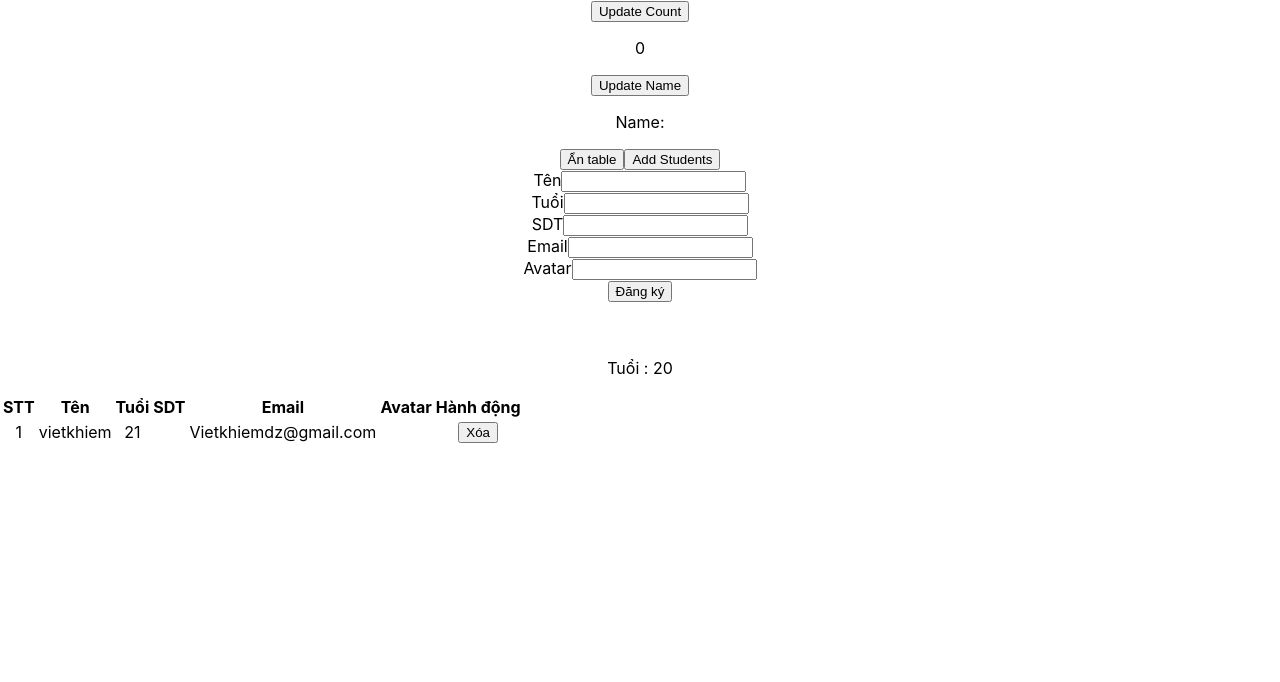
Repository: vietkhiem/TypeScript
Page: /
These files come from the project's save history. The page is drawn as it stood at one moment and after the next save; the edit follows.
The browser window is 1280 px wide. The pictures show the whole page.
Pictures or frames that could not be fetched are drawn as grey boxes. The project was rebuilt for these pictures with package versions that can differ from the ones it lists, and the page was loaded fresh each time.

Above is the page before, as saved 2022-03-18 20:21:49.

After the next save:
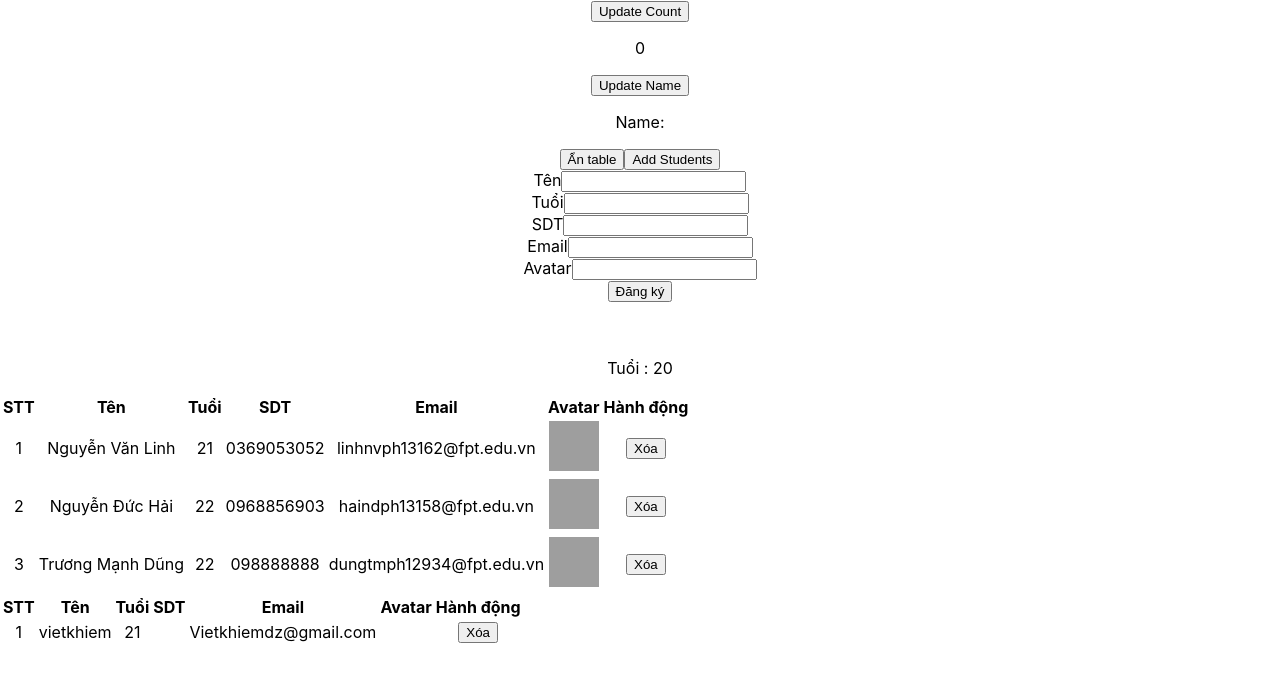
Saved 23 s later.
--- a/src/pages/login/index.tsx
+++ b/src/pages/login/index.tsx
@@ -124,6 +124,7 @@ const Student = () => {
         </button> */}
         <br />
         <p>Tuổi : {showAge({ age: 20 })}</p>
+        {isShowTable && <Table rows={data} />}
       </div>
     </>
   )
